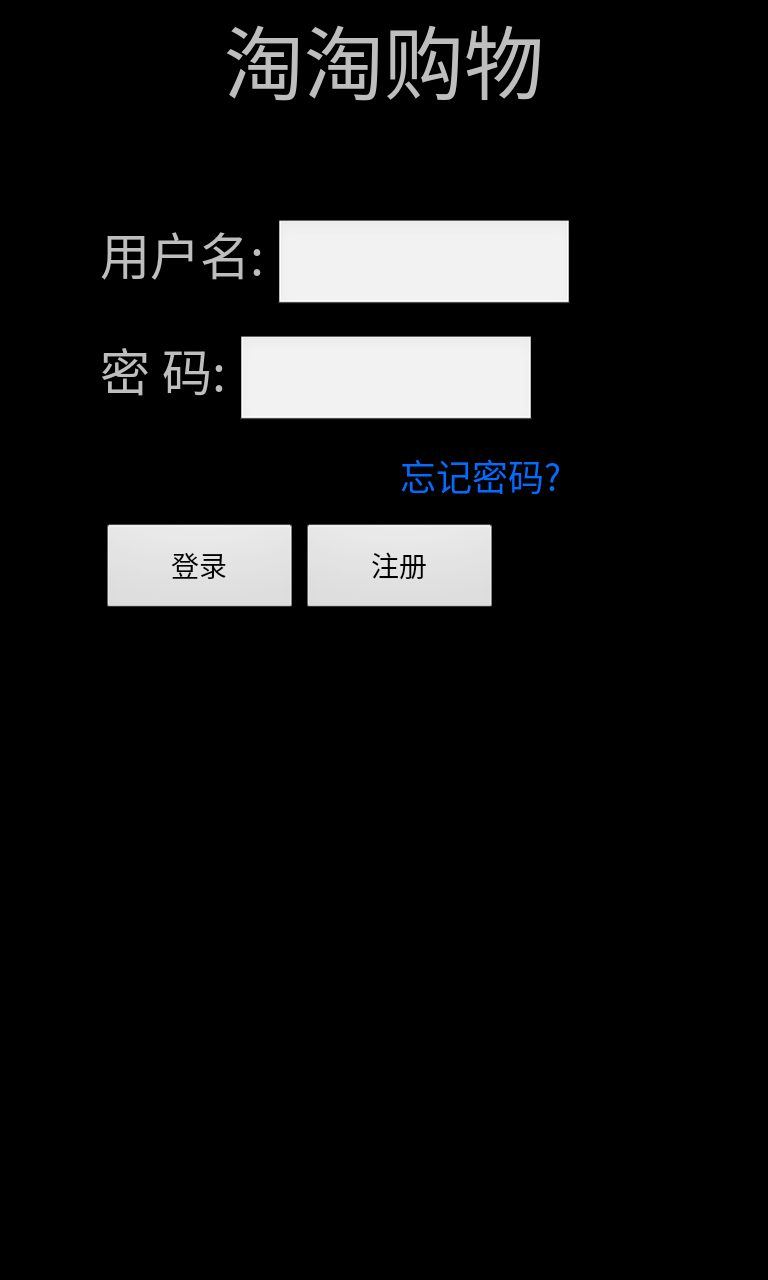
Repository: jcyfkimi/Android-TaoTao
Layout: TaoTao/res/layout/login.xml
An editor plug-in stored every save of this project. The layout is shown before and after the next save, followed by the edit.
It is drawn on a 768 x 1280 px phone screen (xhdpi) without system bars, with theme android:Theme; the app's code is not run.

Above is the layout before, as saved 2011-09-13 06:34:59.

### TaoTao/res/layout/login.xml
<?xml version="1.0" encoding="utf-8"?>
<LinearLayout xmlns:android="http://schemas.android.com/apk/res/android"
    android:orientation="vertical"
    android:layout_width="fill_parent"
    android:layout_height="fill_parent"
    >
    <TextView android:layout_width="wrap_content"
    	android:layout_height="wrap_content"
    	android:text="@string/indexhead"
    	android:textSize="40dip"
    	android:layout_gravity="center_horizontal"/>
	<LinearLayout xmlns:android="http://schemas.android.com/apk/res/android"
	    android:orientation="horizontal"
	    android:layout_width="wrap_content"
	    android:layout_height="wrap_content"
	    >
	    <TextView android:layout_width="wrap_content"
	    	android:layout_height="wrap_content"
	    	android:layout_marginLeft="50dip"
	    	android:layout_marginTop="50dip"
	    	android:text="@string/logintext"
	    	android:textSize="25dip"/>
	    <EditText android:id="@+id/uname"
	    	android:layout_width="150dip"
	    	android:layout_height="wrap_content"
	    	android:layout_marginTop="50dip"
	    	android:layout_marginLeft="5dip"
	    	/>
	    </LinearLayout>

	<LinearLayout xmlns:android="http://schemas.android.com/apk/res/android"
	    android:orientation="horizontal"
	    android:layout_width="wrap_content"
	    android:layout_height="wrap_content"
	    >
	    <TextView android:layout_width="wrap_content"
	    	android:layout_height="wrap_content"
	    	android:layout_marginLeft="50dip"
	    	android:layout_marginTop="10dip"
	    	android:text="@string/passtext"
	    	android:textSize="25dip"/>
	    <EditText android:id="@+id/upass"
	    	android:layout_width="150dip"
	    	android:layout_height="wrap_content"
	    	android:layout_marginTop="10dip"
	    	android:layout_marginLeft="5dip"
	    	/>
	    </LinearLayout>

	<LinearLayout xmlns:android="http://schemas.android.com/apk/res/android"
	    android:orientation="horizontal"
	    android:layout_width="fill_parent"
	    android:layout_height="wrap_content"
	    >
	    <TextView android:layout_width="wrap_content"
	    	android:layout_height="wrap_content"
			android:layout_marginLeft="200dip"
	    	android:layout_marginTop="10dip"
	    	android:text="@string/forgetpass"
	    	android:textSize="18dip"
	    	android:textColor="#036CFE"
	    	/>
	    </LinearLayout>

	<LinearLayout xmlns:android="http://schemas.android.com/apk/res/android"
	    android:orientation="horizontal"
	    android:layout_width="wrap_content"
	    android:layout_height="wrap_content"
	    android:layout_marginTop="10dip"
	    android:layout_marginLeft="50dip"
	    >
	    <Button android:id="@+id/btnlogin"
	    	android:layout_width="100dip"
	    	android:layout_height="wrap_content"
	    	android:text="@string/btnlogin"
	    	/>
	    <Button android:id="@+id/btnreg"
	    	android:layout_width="100dip"
	    	android:layout_height="wrap_content"
	    	android:text="@string/btnreg"
	    	/>
	    </LinearLayout>
</LinearLayout>

### TaoTao/res/values/strings.xml
<?xml version="1.0" encoding="utf-8"?>
<resources>
    <string name="hello">Hello World, LoginActivity!</string>
    <string name="app_name">TaoTao</string>
    <string name="logintext">用户名:</string>
    <string name="passtext">密    码:</string>
    <string name="forgetpass">忘记密码?</string>
    <string name="btnlogin">登录</string>
    <string name="btnreg">注册</string>
    <string name="indexhead">淘淘购物</string>
</resources>

After the next save:
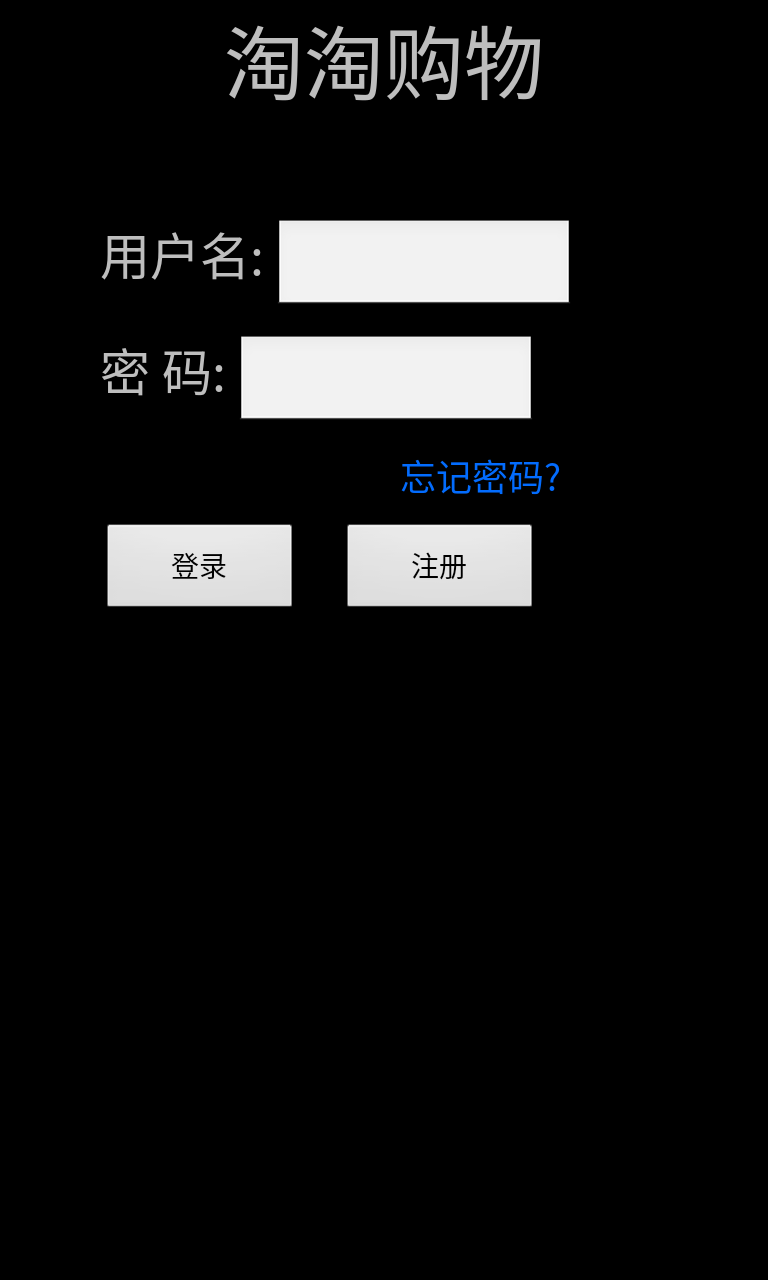
Saved 14 s later.
--- a/TaoTao/res/layout/login.xml
+++ b/TaoTao/res/layout/login.xml
@@ -77,6 +77,7 @@
 	    <Button android:id="@+id/btnreg"
 	    	android:layout_width="100dip"
 	    	android:layout_height="wrap_content"
+	    	android:layout_marginLeft="20dip"
 	    	android:text="@string/btnreg"
 	    	/>
 	    </LinearLayout>
